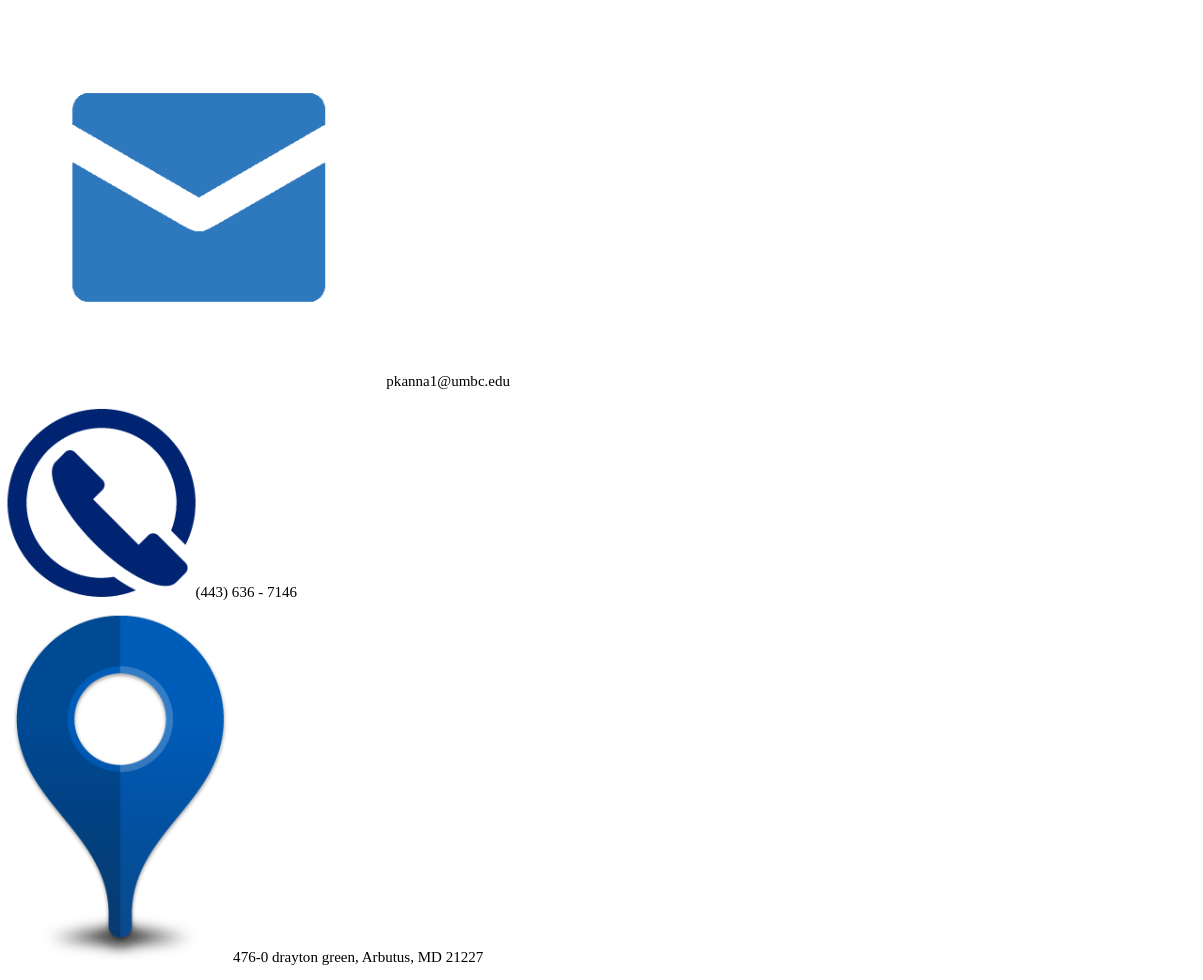
Repository: phanindrakannaji/Resume
Page: http://localhost/application/pages/contact.php
These files come from the project's save history. The page is drawn as it stood at one moment and after the next save; the edit follows.
The browser window is 1280 px wide. The pictures show the whole page, at 94% of full size.
The page is run by PHP 8.4 with error messages shown; the project is at /var/www/html/.

Above is the page before, as saved 2016-09-25 02:01:57.
Console error: ReferenceError: $ is not defined

### Resume/application/pages/contact.php
<script src="../resources/scripts/refreshScript.js"
	type="text/javascript"></script>

<p>
<table>
	<tbody>
		<tr>
			<td>
				<img height="" width="" src="../resources/images/emaillogo.png" />pkanna1@umbc.edu
			</td>
		</tr>
	</tbody>
</table>
</p>

<p>
	<img src="../resources/images/phonelogo.png" />(443) 636 - 7146
</p>
<p>
	<img src="../resources/images/addresslogo.png" />476-0 drayton green,
	Arbutus, MD 21227
</p>

### Resume/resources/scripts/refreshScript.js
$(document).ready(function(){
	$("#commandInput").keypress(function(e){
		keypressInBox(e);
	});
})

After the next save:
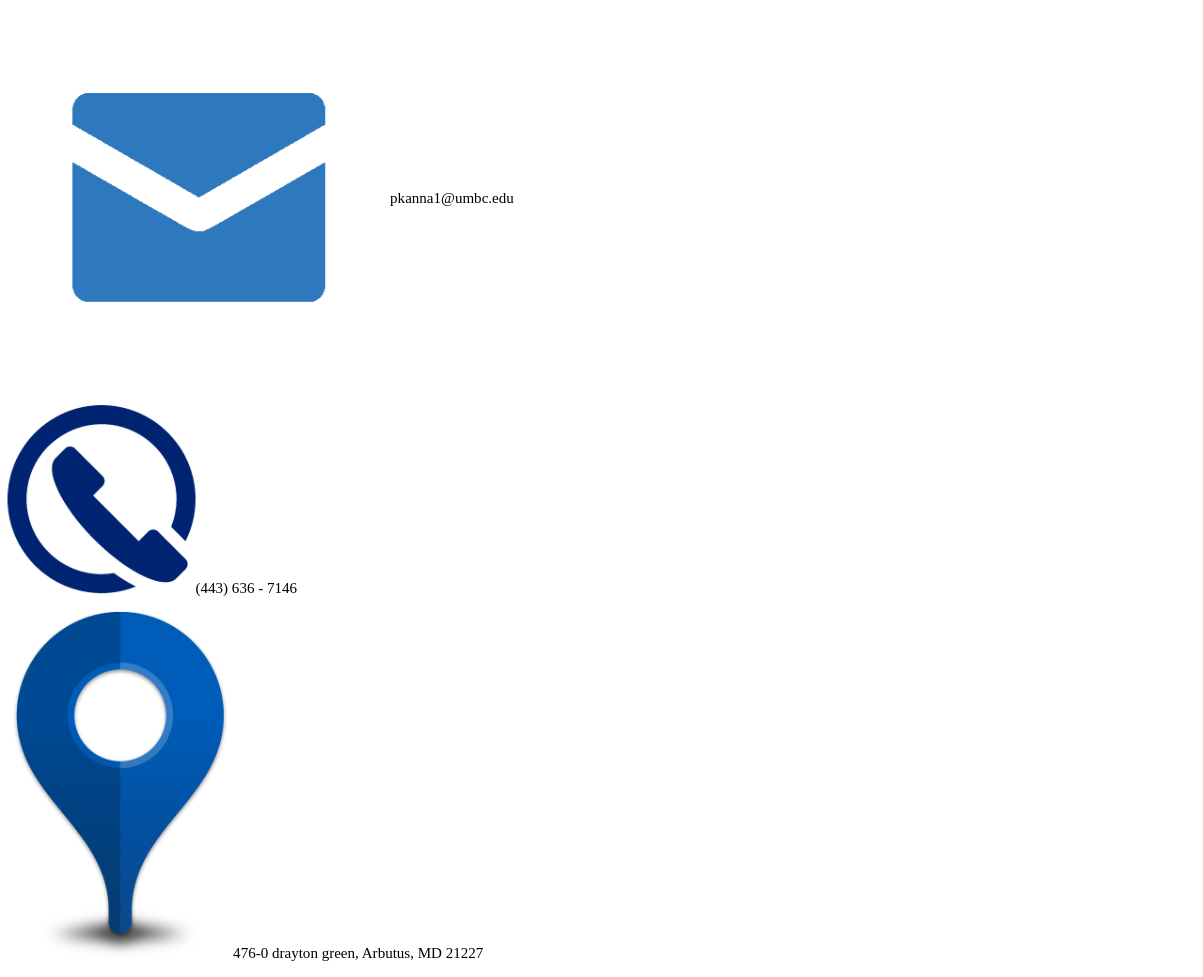
Saved 28 s later.
--- a/Resume/application/pages/contact.php
+++ b/Resume/application/pages/contact.php
@@ -5,9 +5,9 @@
 <table>
 	<tbody>
 		<tr>
-			<td>
-				<img height="" width="" src="../resources/images/emaillogo.png" />pkanna1@umbc.edu
-			</td>
+			<td width="30%"><img height="" width=""
+				src="../resources/images/emaillogo.png" /></td>
+			<td width="">pkanna1@umbc.edu</td>
 		</tr>
 	</tbody>
 </table>
